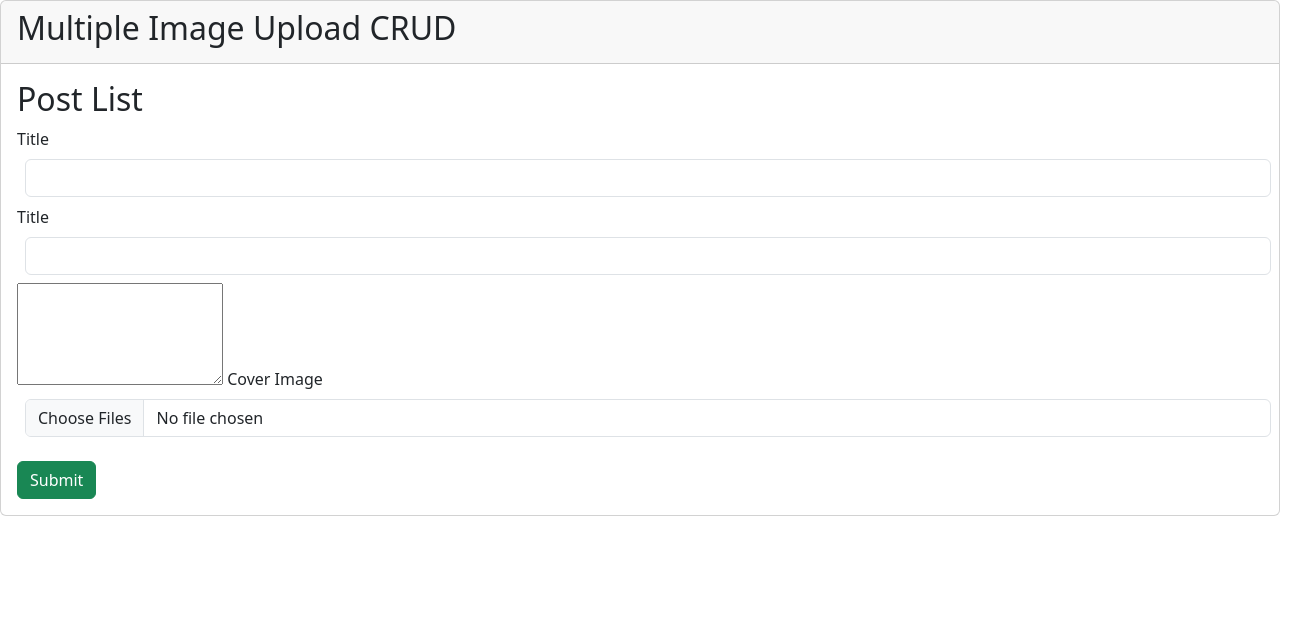
Repository: rkrukshan/Multiple-Image-Upload
Page: http://localhost/create
These files come from the project's save history. The page is drawn as it stood at one moment and after the next save; the edit follows.
The browser window is 1280 px wide. The page is 1292 px wide, so the pictures cover 1292 px, including what lies to the right of the window. The pictures show the whole page.
The page is served by the project's Laravel application, run on PHP 8.4 with Laravel 10.

Above is the page before, as saved 2023-11-06 14:44:23.

After the next save:
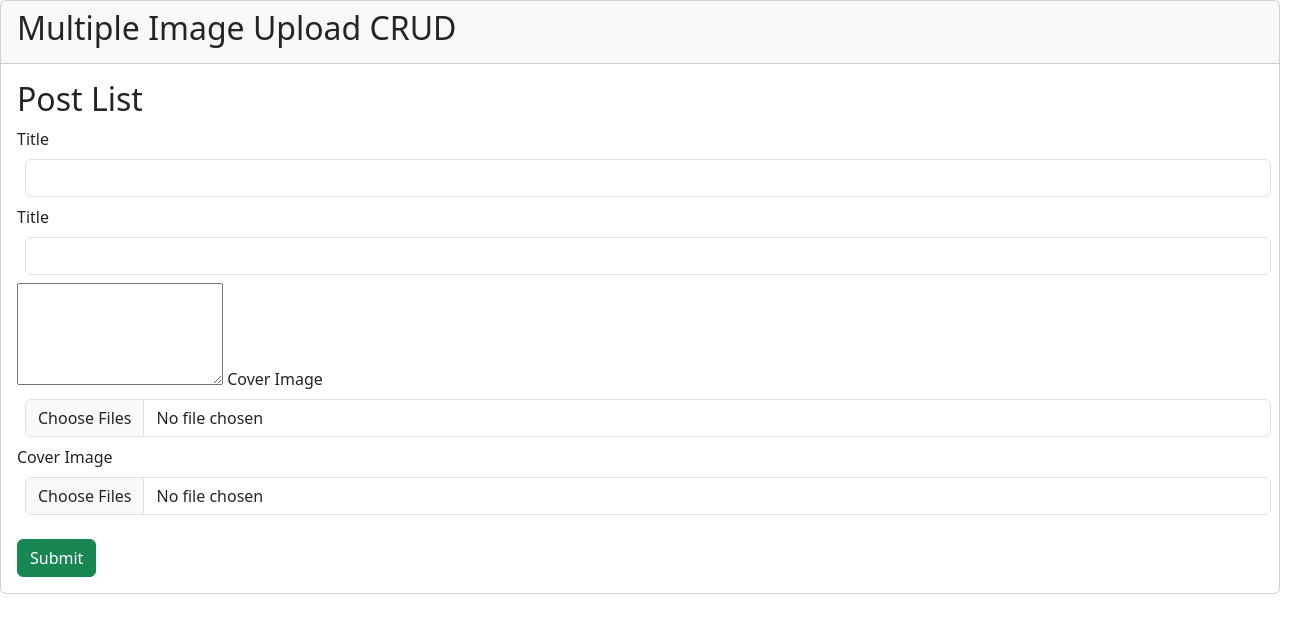
Saved 69 s later.
--- a/resources/views/album/create.blade.php
+++ b/resources/views/album/create.blade.php
@@ -24,6 +24,8 @@
                     <textarea name="body" id="body" cols="20" rows="4"></textarea>
                     <label for="m-2">Cover Image</label>
                     <input type="file" id="input-file-now-custom-3" class="form-control m-2" name="images[]" multiple>
+                    <label for="m-2">Cover Image</label>
+                    <input type="file" id="input-file-now-custom-3" class="form-control m-2" name="images[]" multiple>
                     <button type="submit" class="btn btn-success mt-3">Submit</button>
                 </form>
                 </div>
